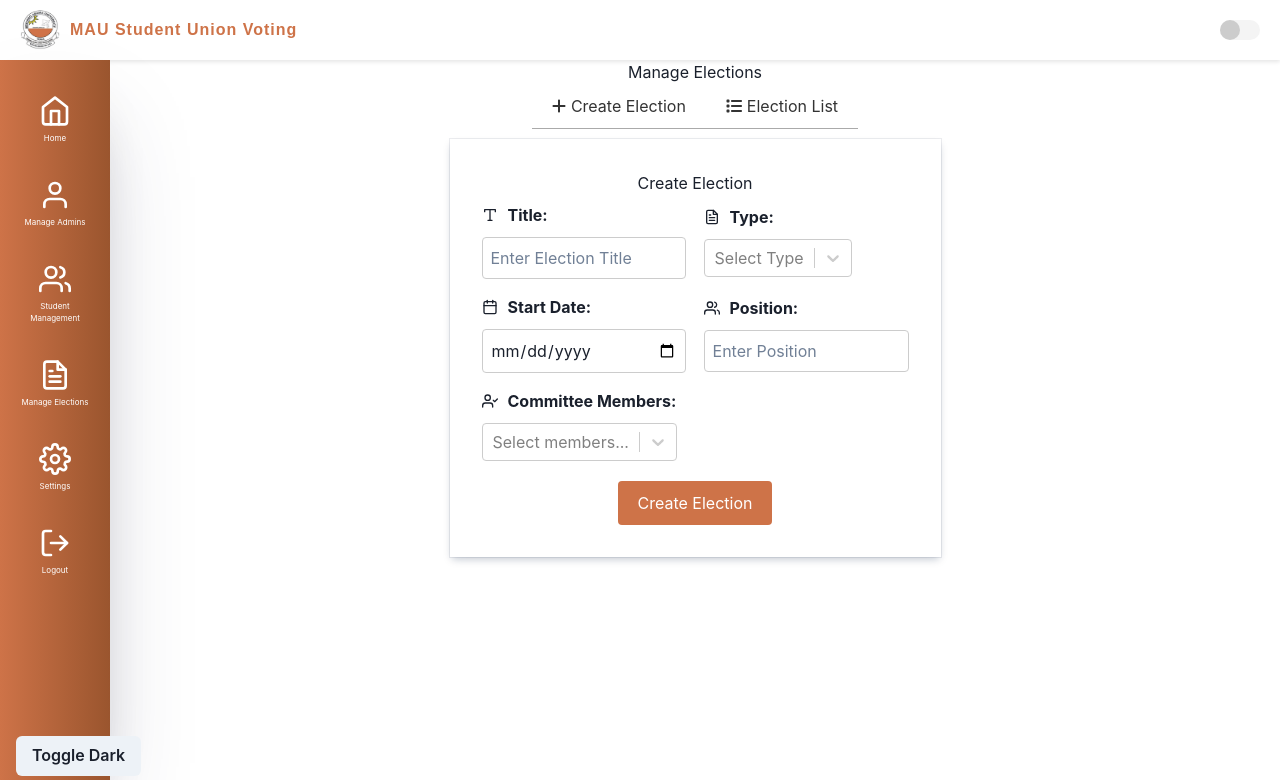
Repository: joena1o/e-vote
Page: /admin-dashboard/manage-elections
These files come from the project's save history. The page is drawn as it stood at one moment and after the next save; the edit follows.
The browser window is 1280 px wide. The pictures show the whole page.
The project was rebuilt for these pictures with package versions that can differ from the ones it lists, and the page was loaded fresh each time. Also part of the build but not shown: src/components/EnhancedLogin.js, src/components/maincontent/RegisterStudents/ManageStudents.js, src/components/maincontent/RegisterStudents/RegisterStudents.js, src/components/maincontent/RegisterStudents/StudentManagement.js, src/components/maincontent/ElectionResults/ViewResults.js, src/components/maincontent/Settings/Settings.js, src/api/index.js, src/components/maincontent/home/Home.styles.js and 5 more.

Above is the page before, as saved 2023-10-20 13:24:53.

### src/App.js
import React from 'react';
import { BrowserRouter as Router, Routes, Route, Navigate } from 'react-router-dom';
import EnhancedLogin from './components/EnhancedLogin';
import AdminDashboard from './components/AdminDashboard';
import { ChakraProvider, ColorModeProvider, Button, useColorMode } from '@chakra-ui/react';
import { Provider } from 'react-redux';
import store from './Redux/store';

// Component to toggle dark mode
function DarkModeToggle() {
  const { colorMode, toggleColorMode } = useColorMode();
  return (
    <Button onClick={toggleColorMode} position="fixed" m={4} zIndex={10}>
      Toggle {colorMode === 'light' ? 'Dark' : 'Light'}
    </Button>
  );
}

function App() {
  // Check if the current route is not the "/login" route, then render the DarkModeToggle
  const isLoginPage = window.location.pathname === '/login';

  return (
    <Provider store={store}>
      <ChakraProvider>
        <ColorModeProvider options={{ useSystemColorMode: true }}>
          <Router>
            <Routes>
              {/* Define your routes */}
              <Route path="/login" element={<EnhancedLogin />} />
              <Route path="/admin-dashboard/*" element={<AdminDashboard />} />
              {/* Redirect root to /admin-dashboard */}
              <Route path="/" element={<Navigate to="/admin-dashboard" replace />} />
            </Routes>
          </Router>
          {/* Render DarkModeToggle only if not on the "/login" page */}
          {!isLoginPage && <DarkModeToggle />}
        </ColorModeProvider>
      </ChakraProvider>
    </Provider>
  );
}

export default App;

### src/components/AdminDashboard.js
// AdminDashboard.js
import React from 'react';
import { Routes, Route } from 'react-router-dom';
import StudentManagement from './maincontent/RegisterStudents/StudentManagement';
import ViewResults from './maincontent/ElectionResults/ViewResults';
import Settings from './maincontent/Settings/Settings';
import Home from './maincontent/home/Home';
import ManageAdmin from './maincontent/ManageAdmins/ManageAdmins';
import ManageElections from './maincontent/ManageElections/ManageElections';
import Sidebar from './Sidebar';
import Navbar from './Navbar';
import styled from 'styled-components';

const Container = styled.div`
  display: flex;
  flex-direction: column;
  /* Add the following line to ensure Container fills the screen height */
  height: 100vh;
  width: 100%; /* Use 100% to fill the entire width of the screen */
`;


const Content = styled.div`
  display: flex;
  /* Add the following line to ensure Content fills the remaining screen space */
  flex: 1;
`;

const AdminDashboard = () => {
  return (
    <Container>
      <Navbar />
      <Content>
        <Sidebar />
        <Routes>
          <Route index element={<Home />} />
          <Route path="student-management" element={<StudentManagement />} />
          <Route path="view-results" element={<ViewResults />} />
          <Route path="settings" element={<Settings />} />
          <Route path="manage-admin" element={<ManageAdmin />} />
          <Route path="manage-elections" element={<ManageElections />} />
        </Routes>
      </Content>
    </Container>
  );
};

export default AdminDashboard;

### src/Redux/store.js
import { configureStore } from '@reduxjs/toolkit';
import electionReducer from './electionSlice';
import studentsReducer from './studentsSlice'; // Assuming you have a studentsSlice

const store = configureStore({
  reducer: {
    elections: electionReducer,
    students: studentsReducer, // Add the students reducer here
  },
});

export default store;

### src/components/maincontent/ManageElections/ManageElections.js
import React, { useState } from 'react';
import { Tab, TabList, TabPanel, Tabs } from 'react-tabs';
import 'react-tabs/style/react-tabs.css'; // Import styles for react-tabs
import styled from 'styled-components';
import CreateElections from './CreateElection';
import ElectionList from './ElectionList';
import { FontAwesomeIcon } from '@fortawesome/react-fontawesome';
import { faPlus, faList } from '@fortawesome/free-solid-svg-icons'; // Import Font Awesome icons

const FullHeightContainer = styled.div`
  height: 100%;
  display: flex;
  flex-direction: column;
  justify-content: flex-start;
  align-items: center;
  width: 100%;
`;

const TabsContainer = styled.div`
  text-align: center;
  width: 100%;
  max-width: 1200px;
  flex: 1;
  display: flex;
  flex-direction: column;
  align-items: center;
`;

const StyledTab = styled(Tab)`
  padding: 10px 20px;
  color: #333;
  cursor: pointer;
  margin: 0;
  display: flex;
  align-items: center;
  justify-content: center;
  transition: background-color 0.2s ease-in-out;

  &:hover {
    background-color: #e0e0e0;
  }

  &.react-tabs__tab--selected {
    background-color: #fff;
    border: none; /* Remove the border */
    border-radius: 5px 5px 0 0;
  }
`;

const IconWrapper = styled.div`
  margin-right: 5px;
`;

const ManageElections = () => {
  const [activeTab, setActiveTab] = useState(0);

  const handleTabChange = (index) => {
    setActiveTab(index);
  };

  return (
    <FullHeightContainer>
      <h1>Manage Elections</h1>
      <TabsContainer>
        <Tabs selectedIndex={activeTab} onSelect={handleTabChange}>
          <TabList style={{ display: 'flex', justifyContent: 'center' }}>
            <StyledTab>
              <IconWrapper>
                <FontAwesomeIcon icon={faPlus} />
              </IconWrapper>
              Create Election
            </StyledTab>
            <StyledTab>
              <IconWrapper>
                <FontAwesomeIcon icon={faList} />
              </IconWrapper>
              Election List
            </StyledTab>
          </TabList>
        </Tabs>
        <Tabs selectedIndex={activeTab} onSelect={handleTabChange}>
          <TabPanel>
            <CreateElections />
          </TabPanel>
          <TabPanel>
            <ElectionList />
          </TabPanel>
        </Tabs>
      </TabsContainer>
    </FullHeightContainer>
  );
};

export default ManageElections;

### src/components/Sidebar.js
import React from 'react';
import styled from 'styled-components';
import { Link } from 'react-router-dom';
import { FiHome, FiUser, FiUsers, FiFileText, FiSettings, FiLogOut } from 'react-icons/fi';
import { useColorMode } from '@chakra-ui/react';

const SidebarContainer = styled.nav`
  background: ${props => (props.theme === 'dark' ? '#333' : 'linear-gradient(to right, #ce7348, #9a552e)')};
  padding: 15px;
  height: 100vh;
  color: #fff;
  box-shadow: rgba(50, 50, 93, 0.25) 0px 50px 100px -20px, rgba(0, 0, 0, 0.3) 0px 30px 60px -30px;
  display: flex;
  flex-direction: column;
`;

const LinkList = styled.ul`
  list-style-type: none;
  padding: 0;
  flex: 1;
`;

const StyledLink = styled(Link)`
  text-decoration: none;
  color: #fff;
  display: flex;
  flex-direction: column;
  align-items: center;
  transition: color 0.3s ease;
  margin-bottom: 15px;
  cursor: pointer;
  font-size: 0.5rem;

  &:hover {
    color: #fce364;
  }

  width: 80px;
  text-align: center;
  word-wrap: break-word;
  overflow-wrap: break-word;

  @media (max-width: 768px) {
    font-size: 0.4rem;
  }

  @media (max-width: 480px) {
    font-size: 0.3rem;
  }
`;

const LinkItem = styled.li`
  display: flex;
  align-items: center;
  margin-top: 20px;
`;

const Icon = styled.div`
  font-size: 2rem;
  color: #fff;

  @media (max-width: 768px) {
    font-size: 0.9rem;
  }

  @media (max-width: 480px) {
    font-size: 0.8rem;
  }

  margin-bottom: 5px;

  ${StyledLink}:hover & {
    color: #fce364;  // Change icon color when the link is hovered
  }
`;

function Sidebar() {
  const { colorMode } = useColorMode();

  return (
    <SidebarContainer theme={colorMode}>
      <LinkList>
        <LinkItem>
          <StyledLink to="/admin-dashboard">
            <Icon><FiHome /></Icon>
            Home
          </StyledLink>
        </LinkItem>
        <LinkItem>
          <StyledLink to="/admin-dashboard/manage-admin">
            <Icon><FiUser /></Icon>
            Manage Admins
          </StyledLink>
        </LinkItem>
        <LinkItem>
          <StyledLink to="/admin-dashboard/student-management">
            <Icon><FiUsers /></Icon>
            Student Management
          </StyledLink>
        </LinkItem>
        <LinkItem>
          <StyledLink to="/admin-dashboard/manage-elections">
            <Icon><FiFileText /></Icon>
            Manage Elections
          </StyledLink>
        </LinkItem>
        <LinkItem>
          <StyledLink to="/admin-dashboard/settings">
            <Icon><FiSettings /></Icon>
            Settings
          </StyledLink>
        </LinkItem>
        <LinkItem>
          <StyledLink to="/logout">
            <Icon><FiLogOut /></Icon>
            Logout
          </StyledLink>
        </LinkItem>
      </LinkList>
    </SidebarContainer>
  );
}

export default Sidebar;

### src/components/Navbar.js
import React from 'react';
import styled, { createGlobalStyle } from 'styled-components';
import logo from '../assets/school_logo.jpg';
import { useColorMode } from '@chakra-ui/react';

const GlobalStyle = createGlobalStyle`
  body {
    background-color: ${props => (props.theme === 'dark' ? '#333' : '#fff')};
    color: ${props => (props.theme === 'dark' ? '#fff' : '#000')}; // Set other component texts to black in light mode
  }
`;

const Header = styled.header`
  background: ${props => (props.theme === 'dark' ? '#333' : '#fff')};
  color: ${props => (props.theme === 'dark' ? '#fff' : '#ce7348')}; // Set navbar text to brown in light mode
  padding: 10px 20px;
  display: flex;
  align-items: center;
  justify-content: flex-start;
  box-shadow: 0px 2px 4px rgba(0, 0, 0, 0.1);
  font-family: 'Poppins', sans-serif;
`;


const Logo = styled.img`
  width: 40px;
  height: 40px;
  border-radius: 20px;
  margin-right: 10px;
`;

const Title = styled.h1`
  margin: 0;
  padding: 0;
  font-size: 1rem;
  font-weight: 600;
  letter-spacing: 1px;
`;

const ToggleSlider = styled.label`
  display: flex;
  align-items: center;
  cursor: pointer;
  margin-left: auto;
`;

const SliderInput = styled.input.attrs({ type: 'checkbox' })`
  display: none;
`;

const Slider = styled.div`
  width: 40px;
  height: 20px;
  background-color: ${props => (props.theme === 'dark' ? '#333' : '#f4f4f4')};
  border-radius: 20px;
  position: relative;
  transition: background-color 0.3s ease;
  cursor: pointer;

  &::after {
    content: '';
    width: 20px;
    height: 20px;
    border-radius: 50%;
    background-color: ${props => (props.theme === 'dark' ? '#fff' : '#ccc')};
    position: absolute;
    top: 50%;
    transform: translateY(-50%);
    left: ${props => (props.theme === 'dark' ? '20px' : '0')};
    transition: left 0.3s ease;
  }
`;

function Navbar() {
  const { colorMode, toggleColorMode } = useColorMode();

  return (
    <>
      <GlobalStyle theme={colorMode} />
      <Header theme={colorMode}>
        <Logo src={logo} alt="University Logo" />
        <Title>MAU Student Union Voting</Title>
        <ToggleSlider>
          <SliderInput type="checkbox" onChange={toggleColorMode} />
          <Slider theme={colorMode} />
        </ToggleSlider>
      </Header>
    </>
  );
}

export default Navbar;

### src/Redux/electionSlice.js
/*import { createSlice, createAsyncThunk } from '@reduxjs/toolkit';
import { API, graphqlOperation } from 'aws-amplify';
import { createElection as createElectionAPI } from '../graphql/mutations';

export const createElection = createAsyncThunk(
  'elections/createElection',
  async (election, { rejectWithValue }) => {
    try {
      const result = await API.graphql(graphqlOperation(createElectionAPI, { input: election }));
      return result.data.createElection;
    } catch (error) {
      return rejectWithValue(error);
    }
  }
);

const electionSlice = createSlice({
  name: 'elections',
  initialState: [],
  reducers: {},
  extraReducers: (builder) => {
    builder.addCase(createElection.fulfilled, (state, action) => {
      state.push(action.payload);
    });
  },
});

export default electionSlice.reducer;
*/

### src/Redux/studentsSlice.js
import { createSlice } from '@reduxjs/toolkit';

export const studentsSlice = createSlice({
  name: 'students',
  initialState: [],
  reducers: {
    addStudents: (state, action) => {
      // Add students to the Redux store
      action.payload.forEach(student => {
        state.push(student);
      });
    },
  },
});

export const { addStudents } = studentsSlice.actions;

export default studentsSlice.reducer;

### src/components/maincontent/ManageElections/CreateElection.js
import React, { useState } from 'react';
import styled from 'styled-components';
import Select from 'react-select';
import { FiCalendar, FiUsers, FiFileText, FiUserCheck, FiClipboard, FiType } from 'react-icons/fi';

const FormContainer = styled.div`
  display: flex;
  justify-content: center;
  align-items: center;
  height: 100vh;
  background: rgba(0, 0, 0, 0.5);
`;

const Form = styled.form`
  background: rgba(255,255,255,0.3);
  padding: 2em;  // Reduced from 3em
  border-radius: 0;
  backdrop-filter: blur(10px);
  max-width: 600px;
  box-shadow: rgba(9, 30, 66, 0.25) 0px 4px 8px -2px, rgba(9, 30, 66, 0.08) 0px 0px 0px 1px;
`;

const FormField = styled.div`
  display: flex;
  flex-direction: column;
  margin: 0.5em 0;  // Reduced from 1em
  align-items: start;
  width: 100%;
`;

const FormLabel = styled.label`
  font-weight: bold;
  margin-bottom: 10px;
  display: flex;
  align-items: center;
  gap: 10px;
`;

const FormInput = styled.input`
  width: 100%;
  padding: 0.5rem;
  border: 1px solid #ccc;
  border-radius: 4px;
  font-size: 1rem;
`;

const SubmitButton = styled.button`
  margin-top: 20px;
  padding: 10px 20px;
  background-color: #ce7348;
  border: none;
  border-radius: 4px;
  font-size: 1rem;
  color: white;
  cursor: pointer;
  display: block;
  margin-left: auto;
  margin-right: auto;
`;


const Row = styled.div`
  display: flex;
  justify-content: space-between;
  align-items: center;
`;

const HalfWidthField = styled(FormField)`
  width: 48%;  // slightly less than half to account for any potential margins or paddings
`;

const CreateElection = () => {
  const [electionType, setElectionType] = useState('');
  const [selectedCommittee, setSelectedCommittee] = useState([]);

  const students = [
    { value: 'john.doe@example.com', label: 'John Doe' },
    { value: 'jane.smith@example.com', label: 'Jane Smith' },
  ];

  const electionTypeOptions = [
    { value: 'general', label: 'General' },
    { value: 'faculty', label: 'Faculty' },
    { value: 'department', label: 'Department' }
  ];

  return (

      <Form>
        <h2>Create Election</h2>

        <Row>
          <HalfWidthField>
            <FormLabel htmlFor="electionTitle">
              <FiType />
              Title:
            </FormLabel>
            <FormInput id="electionTitle" name="electionTitle" type="text" placeholder="Enter Election Title" />
          </HalfWidthField>
          <HalfWidthField>
            <FormLabel htmlFor="electionType">
              <FiFileText />
              Type:
            </FormLabel>
            <Select
              id="electionType"
              options={electionTypeOptions}
              onChange={(option) => setElectionType(option.value)}
              placeholder="Select Type"
            />
          </HalfWidthField>
        </Row>

        {(electionType === 'faculty' || electionType === 'department') && (
          <FormField>
            <FormLabel htmlFor="name">
              <FiClipboard />
              {electionType.charAt(0).toUpperCase() + electionType.slice(1)} Name:
            </FormLabel>
            <FormInput id="name" name="name" type="text" />
          </FormField>
        )}

        <Row>
          <HalfWidthField>
            <FormLabel htmlFor="startDate">
              <FiCalendar />
              Start Date:
            </FormLabel>
            <FormInput id="startDate" name="startDate" type="date" />
          </HalfWidthField>
          <HalfWidthField>
            <FormLabel htmlFor="position">
              <FiUsers />
              Position:
            </FormLabel>
            <FormInput id="position" name="position" type="text" placeholder="Enter Position" />
          </HalfWidthField>
        </Row>
        <FormField>
          <FormLabel>
            <FiUserCheck />
            Committee Members:
          </FormLabel>
          <Select
            isMulti
            options={students}
            onChange={setSelectedCommittee}
            placeholder="Select members..."
          />
        </FormField>

        <SubmitButton>Create Election</SubmitButton>
      </Form>

  );
};

export default CreateElection;

Loaded but not shown: public/index.html (common file); src/index.js (common file); src/index.css (common file); src/reportWebVitals.js (common file)

After the next save:
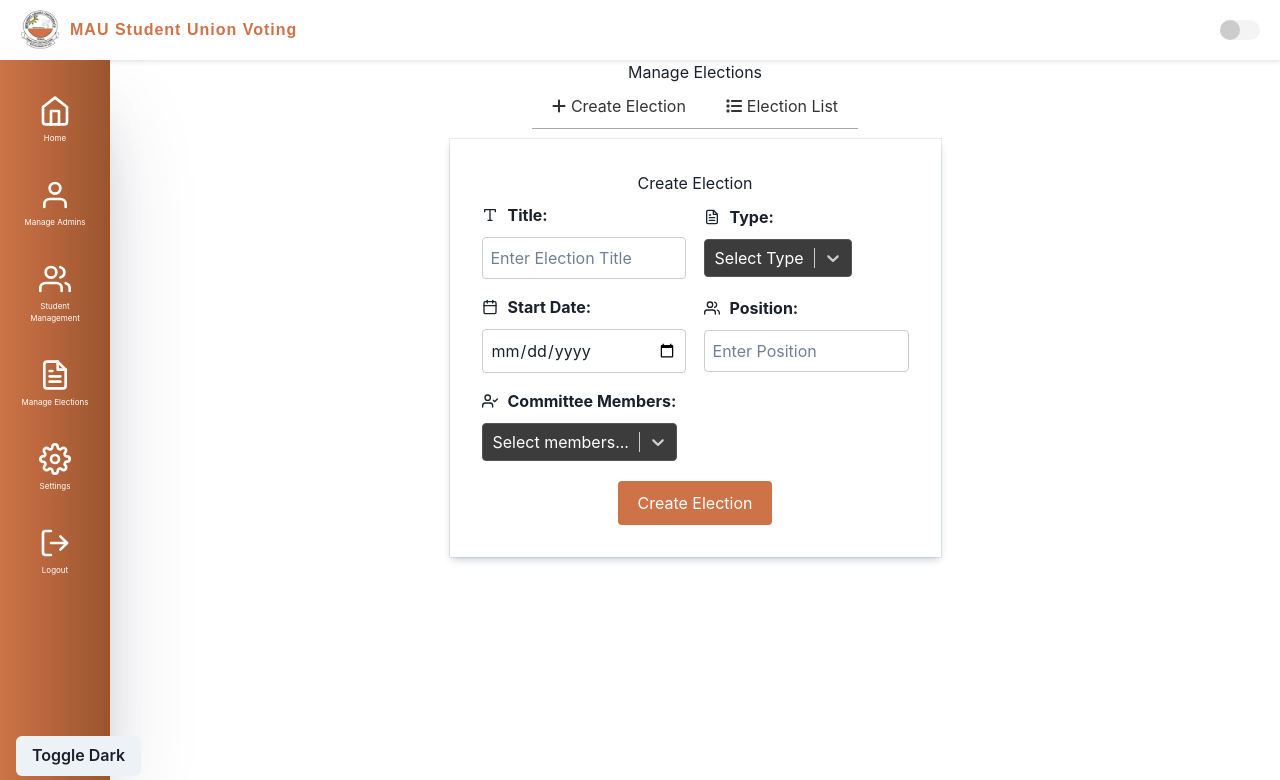
Saved 15 min 38 s later.
--- a/src/components/maincontent/ManageElections/CreateElection.js
+++ b/src/components/maincontent/ManageElections/CreateElection.js
@@ -3,13 +3,31 @@ import styled from 'styled-components';
 import Select from 'react-select';
 import { FiCalendar, FiUsers, FiFileText, FiUserCheck, FiClipboard, FiType } from 'react-icons/fi';
 
-const FormContainer = styled.div`
-  display: flex;
-  justify-content: center;
-  align-items: center;
-  height: 100vh;
-  background: rgba(0, 0, 0, 0.5);
-`;
+const darkSelectStyles = {
+  menu: base => ({
+    ...base,
+    backgroundColor: '#2c2c2c',
+  }),
+  option: (base, state) => ({
+    ...base,
+    backgroundColor: state.isFocused ? '#3c3c3c' : '#2c2c2c',
+    color: '#ffffff'
+  }),
+  control: base => ({
+    ...base,
+    backgroundColor: '#3c3c3c',
+    borderColor: '#555555',
+    color: '#ffffff'
+  }),
+  singleValue: base => ({
+    ...base,
+    color: '#ffffff'
+  }),
+  placeholder: base => ({
+    ...base,
+    color: '#ffffff'
+  }),
+};
 
 const Form = styled.form`
   background: rgba(255,255,255,0.3);
@@ -107,6 +125,7 @@ const CreateElection = () => {
               options={electionTypeOptions}
               onChange={(option) => setElectionType(option.value)}
               placeholder="Select Type"
+              styles={darkSelectStyles}
             />
           </HalfWidthField>
         </Row>
@@ -147,6 +166,7 @@ const CreateElection = () => {
             options={students}
             onChange={setSelectedCommittee}
             placeholder="Select members..."
+            styles={darkSelectStyles}
           />
         </FormField>
 
